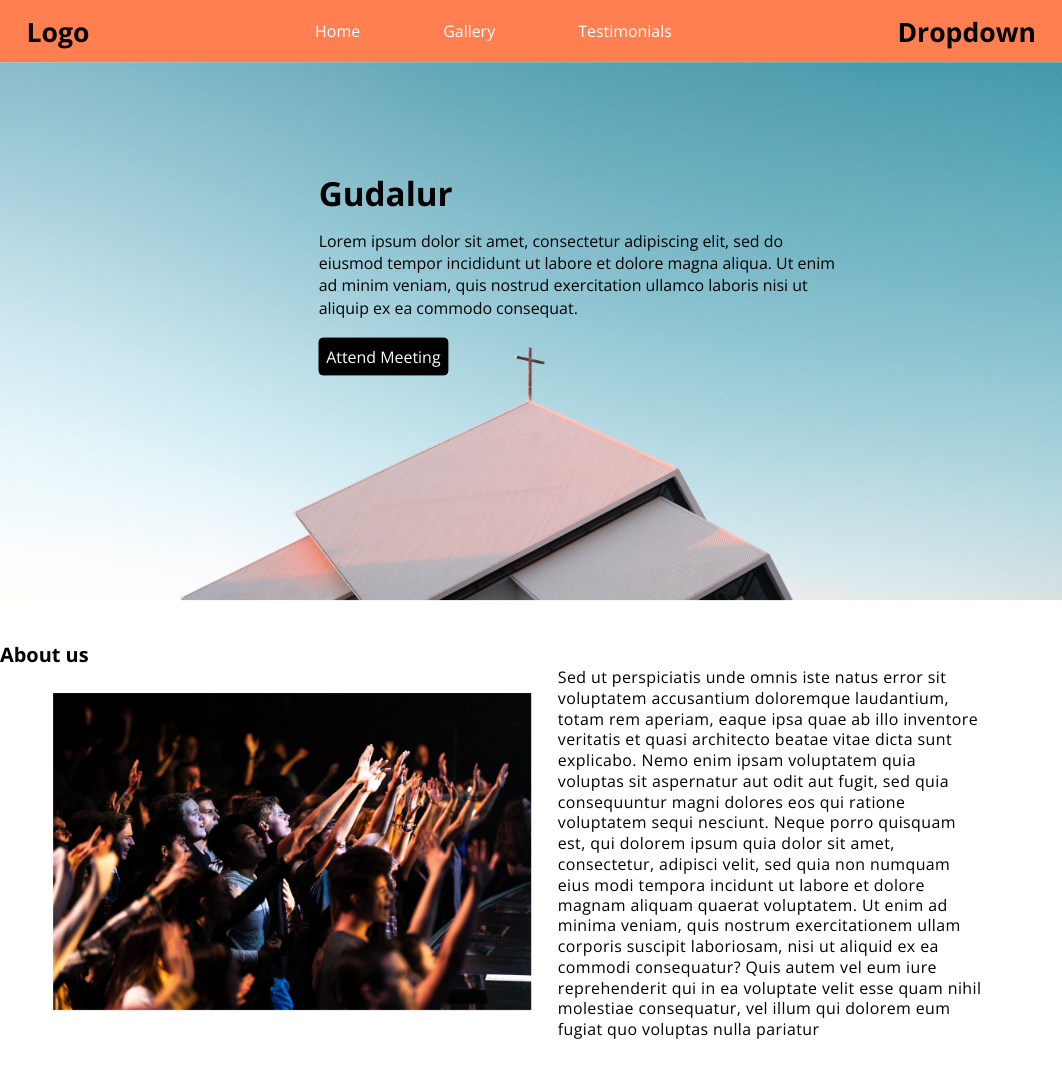
Repository: Imprasna/church
Page: index.html
These files come from the project's save history. The page is drawn as it stood at one moment and after a run of saves; the edit follows.
The browser window is 1280 px wide. The pictures show the whole page, at 83% of full size.

Above is the page before, as saved 2022-01-18 23:17:17.

### index.html
<!DOCTYPE html>
<html lang="en">
<head>
    <meta charset="UTF-8">
    <meta http-equiv="X-UA-Compatible" content="IE=edge">
    <meta name="viewport" content="width=device-width, initial-scale=1.0">
    <link rel="stylesheet" href="style.css">
    <title>church 1</title>
</head>
<body>
    <header>
        <div class="logo">
            <h1>Logo</h1>
        </div>

        <nav>
            <a href="#">Home</a>
            <a href="#">Gallery</a>
            <a href="#">Testimonials</a>
        </nav>

        <div class="dropdown">
            <h1>Dropdown</h1>
        </div>
    </header>

    <main>
        <section>
            <div class="hero_sec">
                <img src="images/banner_c1.jpg" alt="">
                <div class="hero_texts">
                    <h1>Gudalur</h1>
                    <p>Lorem ipsum dolor sit amet, consectetur adipiscing elit, sed do eiusmod tempor incididunt ut labore et dolore magna aliqua. Ut enim ad minim veniam, quis nostrud exercitation ullamco laboris nisi ut aliquip ex ea commodo consequat.</p>
                    <a href="#" class="cta">Attend Meeting</a>
                </div>
            </div>
        </section>

        <section>
            <div class="about_sec">
                <h1>About us</h1>

                <div class="about_whole">
                    <div class="about_left">
                        <img src="images/about_sec.png" alt="">
                    </div>
                    <div class="about_right">
                        <p>Sed ut perspiciatis unde omnis iste natus error sit voluptatem accusantium doloremque laudantium, totam rem aperiam, eaque ipsa quae ab illo inventore veritatis et quasi architecto beatae vitae dicta sunt explicabo. Nemo enim ipsam voluptatem quia voluptas sit aspernatur aut odit aut fugit, sed quia consequuntur magni dolores eos qui ratione voluptatem sequi nesciunt. Neque porro quisquam est, qui dolorem ipsum quia dolor sit amet, consectetur, adipisci velit, sed quia non numquam eius modi tempora incidunt ut labore et dolore magnam aliquam quaerat voluptatem. Ut enim ad minima veniam, quis nostrum exercitationem ullam corporis suscipit laboriosam, nisi ut aliquid ex ea commodi consequatur? Quis autem vel eum iure reprehenderit qui in ea voluptate velit esse quam nihil molestiae consequatur, vel illum qui dolorem eum fugiat quo voluptas nulla pariatur</p>
                    </div>
                </div>
            </div>
        </section>


    </main>

    <footer></footer>

    <script src="app.js"></script>
</body>
</html>

### style.css
@import url('https://fonts.googleapis.com/css2?family=Open+Sans:ital,wght@0,300;0,400;0,500;0,600;0,700;1,800&display=swap');

* {
    margin: 0;
    padding: 0;
    box-sizing: border-box;
}

:root {
    --primary-color: #fff;
    --secondary-color: #000;
}

html {
    scroll-behavior: smooth;
}

body {
    font-family: 'Open Sans', sans-serif;
}

header {
    width: 100%;
    padding: 1rem 2rem;
    background: coral;
    display: flex;
    justify-content: space-between;
    align-items: center;
}

nav > a {
    margin-right: 3rem;
    margin-left: 3rem;
    text-decoration: none;
    color: var(--primary-color);
    font-size: 1.2rem;
}

.hero_sec {
    height: 90vh;
    width: 100%;
    position: relative;
}

.hero_sec > img {
    width: 100%;
    height: 100%;
    object-fit: fill;
}

.hero_texts {
    position: absolute;
    top: 20%;
    left: 30%;
    width: 50%;
}

.hero_texts > h1 {
    font-size: 2.5rem;
    font-weight: 800;
    margin-bottom: 1rem;
}

.hero_texts > p {
    font-size: 1.2rem;
    margin-bottom: 2rem;
}

.cta {
    font-size: 1.2rem;
    padding: .5rem .5rem;
    text-decoration: none;
    border: 1px solid #000;
    border-radius: 5px;
    background: var(--secondary-color);
    color: var(--primary-color);
    transition: all .5s;
}

.cta:hover {
    background: transparent;
    border: 1px solid var(--secondary-color);
    color: var(--secondary-color);
}

.about_sec {
    height: 100%;
    width: 100%;
    padding: 3rem 0;
}

.about_whole {
    width: 90%;
    height: 100%;
    display: flex;
    align-items: center;
    margin: 0 auto;
}

.about_left, .about_right {
    width: 50%;
    height: 100%;
}

.about_left > img {
    width: 100%;
    height: 100%;
}

.about_right {
    padding: 0 2rem;
}

.about_right > p {
    font-size: 1.2rem;
    letter-spacing: .5px;
    line-height: 1.3;
}

Loaded but not shown: app.js (no copy from this time; the picture is the same without it)

After the next 2 saves:
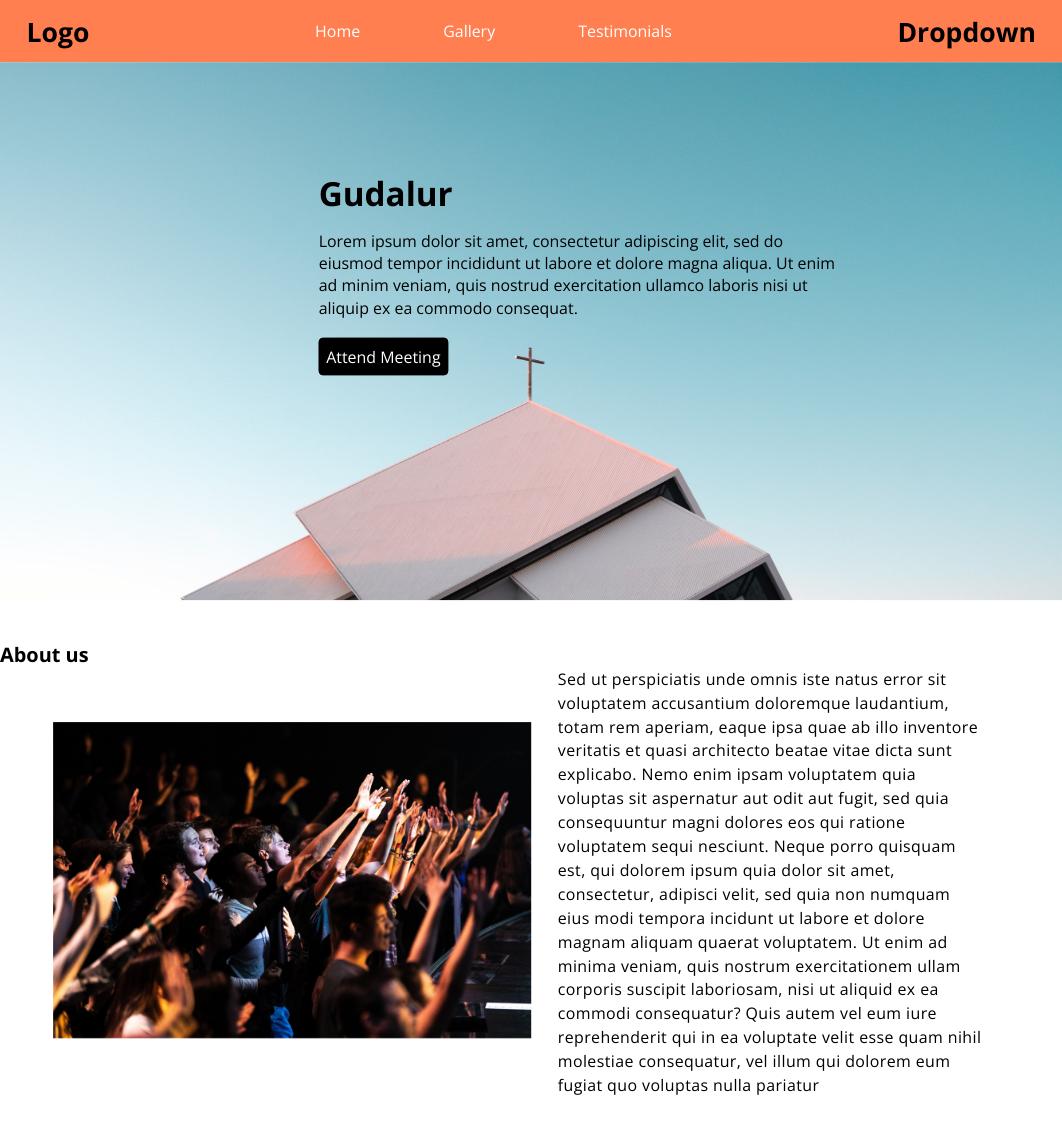
The 2 saves are shown as one change because they came seconds apart.
The last was saved 8 s later.
--- a/style.css
+++ b/style.css
@@ -114,5 +114,5 @@ nav > a {
 .about_right > p {
     font-size: 1.2rem;
     letter-spacing: .5px;
-    line-height: 1.3;
+    line-height: 1.5;
 }
